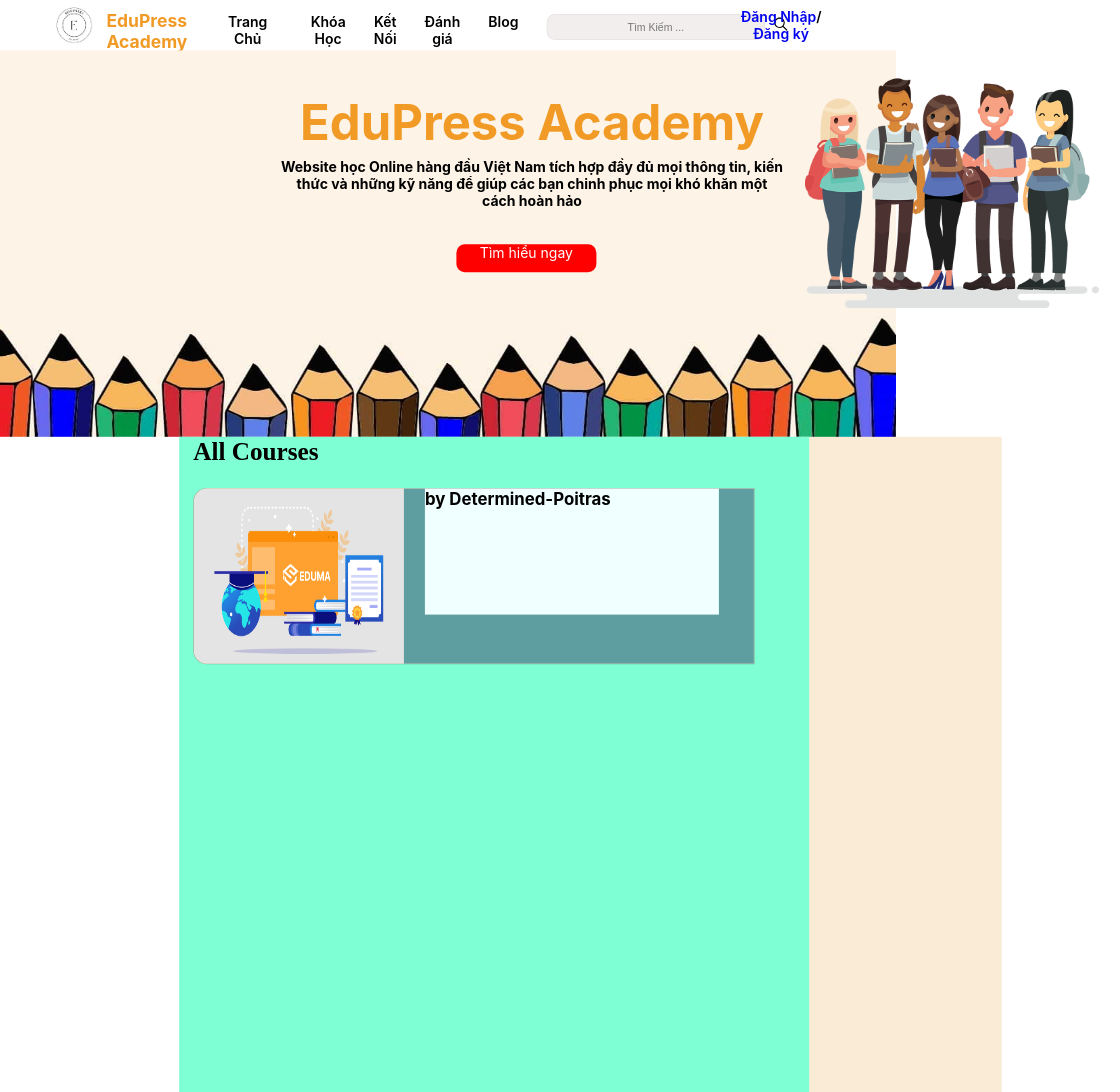
Repository: hieu1802/WebsiteEdupress
Page: /CouresPage (app in my-app/)
An editor plug-in stored every save of this project. The page is shown before and after the next save, followed by the edit.
The browser window is 1280 px wide. The page is 1600 px wide, so the pictures cover 1600 px, including what lies to the right of the window. The pictures show the part of the page from y = 0 to 1560 px (the page is 2404 px tall), at 70% of full size.
The project was rebuilt for these pictures with package versions that can differ from the ones it lists, and the page was loaded fresh each time. Also part of the build but not shown: my-app/src/App.css, my-app/src/Components/data/FeaturedCoursesDaa.jsx, my-app/src/Components/data/topCategories.jsx, my-app/src/Components/HomePage/ContainerPage.jsx, my-app/src/Components/HomePage/HomePage.jsx, my-app/src/Components/Login/Login.css, my-app/src/Components/Modal/Modal.css, my-app/src/Components/Modal/Modal.jsx and 5 more.

Above is the page before, as saved 2024-08-15 18:10:49.

### my-app/src/App.jsx
import logo from "./logo.svg";
import "./App.css";
import HomePage from "./Components/HomePage/HomePage.jsx";
import { BrowserRouter as Router, Routes, Route } from "react-router-dom";
import Login from "./Components/Login/Login";
import Register from "./Components/Register/Register";
import LostPass from "./Components/LostPass/LostPass";
import CouresPage from "./Components/CouresPage/CouresPage.jsx";

function App() {
  return (
    <>
      <Router>
        <Routes>
          <Route path="/" element={<HomePage />} />
          <Route path="/login" element={<Login />} />
          <Route path="/register" element={<Register />} />
          <Route path="/lostPass" element={<LostPass />} />
          <Route path="/CouresPage" element={<CouresPage />} />
        </Routes>
      </Router>
    </>
  );
}

export default App;

### my-app/src/Components/CouresPage/CouresPage.jsx
import React from 'react'
import Header from '../HomePage/Header'
import Footer from '../HomePage/Footer'
import Container from './Container'

function CouresPage() {
  return (
   <>
      <Header/>
      <Container/>
      <Footer/>
   </>


  )
}

export default CouresPage

### my-app/src/Components/HomePage/Header.jsx
import React from "react";
import img01 from "../img/EduPress.png";
import img02 from "../img/img02.jpg";
import img03 from "../img/img03.png";
import "./HomePage.css";
import { IoIosSearch } from "react-icons/io";
import { Link, useNavigate } from "react-router-dom";
import { useState, useEffect } from "react";

function Header() {
  const [loggedInUser, setLoggedInUser] = useState(null);
  const navigate = useNavigate();

  useEffect(() => {
    const storedUser = localStorage.getItem("loggedInUser");
    if (storedUser) {
      const user = JSON.parse(storedUser);
      setLoggedInUser(user.username);
    }
  }, []);

  const handleLogout = () => {
    localStorage.removeItem("username");
    localStorage.removeItem("loggedInUser");
    setLoggedInUser(null);
    navigate("/");
  };

  return (
    <>
      <div className="Header">
        <div className="logoHeader">
          <img src={img01} />
          <h3>EduPress Academy</h3>
        </div>
        <ul>
          <Link to="/" className="liLink"><li>Trang Chủ</li></Link>
          <li>Khóa Học</li>
          <li>Kết Nối</li>
          <li>Đánh giá</li>
          <li>Blog</li>
          <div className="ulInput">
            <input placeholder="Tìm Kiếm ..." />
            <div className="btnHeader">
              <IoIosSearch className="btnIcon" />
            </div>
          </div>
        </ul>
        <div className="loginHeader">
          {loggedInUser ? (
            <div>
              <span>Hello {loggedInUser}</span>
              <button
                className="btnLogOut"
                onClick={handleLogout}
                style={{
                  marginLeft: "10px",
                  border: "1px solid transparent",
                  fontSize: "16px",
                  fontWeight: "600",
                  backgroundColor: "transparent",
                  cursor: "pointer",
                }}
              >
                Logout
              </button>
            </div>
          ) : (
            <div>
              <Link to="/login">
                <span>Đăng Nhập</span>
              </Link>
              /
              <Link to="/register">
                <span>Đăng ký</span>
              </Link>
            </div>
          )}
        </div>
      </div>
      <div className="posterHeader">
        <img src={img02} />
        <div className="posterContent">
          <div className="posterSologun">
            <h1>EduPress Academy</h1>
            <h2>
              Website học Online hàng đầu Việt Nam tích hợp đầy đủ mọi thông
              tin, kiến thức và những kỹ năng để giúp các bạn chinh phục mọi khó
              khăn một cách hoàn hảo
            </h2>
            <div className="btnPoster">Tìm hiểu ngay </div>
          </div>
          <div className="posterAvatar">
            <img src={img03} />
          </div>
        </div>
      </div>
    </>
  );
}

export default Header;

### my-app/src/Components/HomePage/Footer.jsx
import React from 'react'
import { AiFillStar,AiFillCaretRight } from "react-icons/ai";

function Footer() {
  return (
    <div className='footerPage'>
        <div className='footerContaier'>
            <div className='footerEdupress'>
                <h2>Edupress Academy</h2>
                <p>Lorem ipsum dolor sit amet, consectetur adipiscing elit, sed do eiusmod tempor incididunt ut labore et dolore magna aliqua.</p>
            </div>
            <div className='footerHelp'>
                <h2>GET HELP</h2>
                <a href='#'><AiFillCaretRight  style={{color:'FF782D', marginRight:'10px'}}/>Contact Us</a>
                <a href='#'><AiFillCaretRight  style={{color:'FF782D', marginRight:'10px'}}/>Latest Articles</a>
                <a href='#'><AiFillCaretRight  style={{color:'FF782D', marginRight:'10px'}}/>FAQ </a>
            </div>
            <div className='footerPrograms'>
                <h2>PROGRAMS</h2>
                <a href='#'><AiFillCaretRight  style={{color:'FF782D', marginRight:'10px'}}/> Art & Design</a>
                <a href='#'><AiFillCaretRight  style={{color:'FF782D', marginRight:'10px'}}/> Business</a>
                <a href='#'><AiFillCaretRight  style={{color:'FF782D', marginRight:'10px'}}/> IT & Software </a>
                <a href='#'><AiFillCaretRight  style={{color:'FF782D', marginRight:'10px'}}/> Languages </a>
                <a href='#'><AiFillCaretRight  style={{color:'FF782D', marginRight:'10px'}}/> Programming </a>
            </div>
            <div className='footerContact'>
                <h2>CONTACT US</h2>
                <p>Address: 2321 New Design Str, Lorem Ipsum10 Hudson Yards, USA</p>
                <p>Tel: + (123) 2500-567-8988<br/>
                Mail: supportlms@gmail.com</p>
                <span><AiFillStar/><AiFillStar/><AiFillStar/><AiFillStar/><AiFillStar/></span>
            </div>
        </div>
    </div>
  )
}

export default Footer

### my-app/src/Components/CouresPage/Container.jsx
import React from 'react'
import './Container.css'
import img12 from '../img/img12.png'


function Container() {
  return (
    <div className='container'>
       <div className='boxProduct'>
            <h2>All Courses</h2>
            <div className='boxContent'>
                <div className='boxImg'>
                    <img src={img12}/>
                </div>
                <div className='boxTexT'>
                    <div className='text'>
                        <h2>by <span>Determined-Poitras</span></h2>
                    </div>
                </div>
            </div>
       </div>
    </div>
  )
}

export default Container

### my-app/src/Components/HomePage/HomePage.css
*{
    margin: 0;
    padding: 0;
    list-style: none;
    text-decoration: none;
    user-select: none;
}

.Header{
    width: 100%;
    height: 72px;
    display: flex;
    justify-content: space-between;

}

.logoHeader{
    width: 25%;
    height: 100%;
    display: flex;
    gap: 10px;
    margin-left: 70px;
}


h3{
    font-size: 25px;
    margin-top: 15px;
    color: rgba(241, 152, 34, 0.979);
}

.Header > ul{

    display: flex;
    width:60%;
}

.Header > ul > li,
.liLink > li{
    width: 100px;
    text-align: center;
    padding: 20px;
    font-size: 20px;
    font-weight: 600;
    cursor: pointer;
    color: #000;
}

.Header > ul > li:hover,
.liLink > li:hover{
    background-color: rgba(246, 243, 238, 0.633);
    color: rgba(241, 152, 34, 0.979);
}

.ulInput{
    width: 400px ;
    padding: 20px;
    display: flex;
}

.ulInput > input{
    margin-right:10px;
    text-align: center;
    font-size: 15px;
    width: 400px;
    height: 35px;
    border: 1px solid #00000010;
    background-color: rgba(240, 234, 234, 0.815);
    border-radius: 12px;
}

.btnHeader{
    width: 100px;
    margin: auto;
    cursor: pointer;
}
.btnIcon{
    font-size: 25px;
}
.loginHeader{
    display: flex;
    width: 15%;
    height: 72px;
    margin-right: 100px;
    cursor: pointer;
}

.loginHeader > div{
   margin: auto;
   font-size: 20px;
   font-weight: 600;
   text-align: center;
}

.loginHeader > div > span{
    margin: 10px;
}

.loginHeader > div > span:hover {
    color: rgba(241, 152, 34, 0.979);
}

.posterHeader{
    width: 100%;
    height: 552px;
    background-color: black;
    display: flex;
}

.posterHeader > img{
    width: 100%;
}

.posterContent{
    position: absolute;
    display: flex;
    margin-left: 400px;
    margin-top: 10px;
    width: 1200px;
    height: 400px;

    z-index: 999;
}

.posterSologun{
    width: 60%;
}

.posterSologun > h1{
    font-size: 70px;
    text-align: center;
    color: rgba(241, 152, 34, 0.979);
    margin-top: 50px;
    margin-bottom: 10px;
}

.posterSologun > h2{
    font-size: 20px;
    text-align: center;
}

.btnPoster{
    width: 200px;
    height: 40px;
    background-color: red;
    font-size: 20px;
    color: #fff;
    text-align: center;
    border-radius: 12px;
    cursor: pointer;
    gap: 10px;
    margin-top: 50px;
    margin-left: 35%;
}

.posterAvatar{
    width: 35%;
    margin-left: 30px;

}

.posterAvatar > img{
    width: 100%;
    margin-top: 30px;
}

/************************ContainerPage**************************/

.ContainerPage{
    position: relative;
    width: 1200px;
    height: 100%;

    margin-left: 20%;
}

.categories{
    width: 100%;
    height: 640px;
    background-color: #fff;
    margin-top: 50px;
}

.textCategories{
    width: 100%;
    height: 77px;
    background-color: #fff;
    display: flex;
    justify-content: space-between;
}
.topCategories>h3{
    color: black;
    font-size: 30px;
    margin-bottom: 5px;
    margin-top: 0px;
    font-weight: 500;
}


.btnCategories{
    width: 150px;
    height: 40px;
    border: 1px solid #000000;
    border-radius: 12px;
    margin-top: 15px;
    margin-right: 20px;
    cursor: pointer;
    padding-top: 5px;
}

.btnCategories:hover{
    background-color: rgba(244, 25, 25, 0.757);
    color: #fff;
}

.btnCategories > p{
    text-align: center;
    margin-top: 5px;
    font-weight: 600;
}

.boxCategories{
    width: 100%;
    height: 100%;
    display: grid;
    grid-template-columns: 1fr 1fr 1fr 1fr 1fr;
    margin-top: 30px;
}

.miniBox{
    width: 200px;
    height: 200px;
    border: 1px solid #e9c47b98;
    border-radius: 20px;
    display: flex;
    align-items: center;
    flex-direction: column;
    justify-content: center;
    margin-left: 20px;
    cursor: pointer;
}

.miniBox:hover{
    background-color: rgba(239, 193, 167, 0.726);
    color: #fff;
}

.iconBox{
    font-size: 60px;
    margin-bottom: 20px;
    color: rgba(241, 152, 34, 0.979);
}

.miniBox > h4{
    font-size: 25px;
    margin-bottom: 20px;
}

.miniBox > h5{
    font-size: 20px;
    font-weight: 100;
}

.courses{
    width: 1200px;
    height: 100%;
    margin-top: 30px;
}

.boxCourses{
    width: 1200px;
    height: 1100px;
    display: grid;
    grid-template-columns: 1fr 1fr 1fr;
    margin-top: 30px;
    margin-left: 10px;
}
.boxFeaturedCourses{
    width: 360px;
    height: 470px;
    border: 2px solid #0000001a ;
    border-radius: 24px 24px 0 0;
    cursor: pointer;
    transition: transform 0.3s ease, box-shadow 0.3s ease;
    overflow: hidden;
    box-shadow: 0 4px 8px rgba(0, 0, 0, 0.1);
}

.boxFeaturedCourses:hover{
    transform: translateY(-10px);
    box-shadow: 0 12px 24px rgba(0, 0, 0, 0.2);
}

.boxFeaturedCoursesImg{
    width: 100%;
    height: 250px;
    gap: 16px;
    transition: transform 0.3s ease;
    display: block;
}

.boxFeaturedCourses:hover>.boxFeaturedCoursesImg> img {
    transform: scale(1.05);
  }
.boxFeaturedCoursesImg > img{
    width: 100%;
    height: 100%;
    border-radius: 24px 24px 0 0;
}

.boxFeaturedCoursesContent{
    width: 360px;
    height: 180px;
    padding: 20px;
}

.boxFeaturedCoursesContentText{
    width: 300px;
    height: 100px;
    background-color: #fff;
}

.boxFeaturedCoursesContentText > p >span{
    font-family: exo;
    font-size: 20px;
    font-weight: 500;
}

.boxFeaturedCoursesContentText > h4{
    font-family: exo;
    font-size: 24px;
    font-weight: 600;
    margin-top: 10px;
}

.boxFeaturedCoursesContentMeta{
    width: 200px;
    height: 24px;
    display: flex;
    background-color: #fff;
    margin-top: 16px;
    margin-bottom: 16px;
    justify-content: space-between;
}

.boxFeaturedCoursesContentMeta > span{
    display: flex;
    font-size: 16px;
}

.boxFeaturedCoursesContentPrice{
    width: 300px;
    height: 28px;
    background-color: #fff;
    display: flex;
    justify-content: space-between;
    font-size: 16px;
}

.price{
    display: flex;
}

.price > p{
    text-decoration: line-through;
    color: var(--Grey, #9D9D9D);
    font-weight: 700;
    margin-right: 10px;
}

.price > span{
    color: green;
    font-weight: 700;
}

.banner{
    width: 1200px;
    height: 320px;
    border-radius: 12px;
    position: relative;
    display: flex;
    margin-top: 30px;
}

.bannerContent{
    width: 450px;
    height: 240px;
    gap: 24px;
    position: absolute;
    margin-top: 54px;
    margin-left: 50px;
    display: flex;
    flex-direction: column;
    justify-content: space-around;
}

.bannerContent > h5{
    font-family: Exo;
    font-size: 16px;
    font-weight: 600;
    line-height: 19.2px;
    text-align: left;
}

.bannerContent > h2{
    font-family: Exo;
    font-size: 32px;
    font-weight: 600;
    line-height: 38.4px;
    text-align: left;
}

.bannerContent > p{
    font-family: Jost;
    font-size: 18px;
    font-weight: 400;
    line-height: 27px;
    text-align: left;
}

.btnBanner{
    width: 177px;
    height: 36px;
    border-radius: 24px;
    text-align: center;
    padding-top: 12px;
    background: var(--Primary, #FF782D);
    font-size: 18px;
    color: #fff;
    cursor: pointer;
}


.counterBox{
    width: 1175px;
    height: 150px;
    margin-top: 30px;
    display: flex;
    justify-content: space-between;
}

.counterBoxContent{
    width: 250px;
    height: 100%;
    background: var(--White_grey, #F5F5F5);
    display: flex;
    flex-direction: column;
    justify-content: center;
    border-radius: 12px;
    align-items: center;
}

.counterBoxContent > h2{
    font-family: Exo;
    font-size: 56px;
    font-weight: 600;
    line-height: 38.4px;
    text-align: left;
    color: var(--Primary, #FF782D);
}

.counterBoxContent > a{
    font-family: Jost;
    font-size: 20px;
    font-weight: 500;
    line-height: 27px;
    text-align: left;
    text-decoration: none;
    color: #000000;
    margin-top: 16px;
}

.boxConnect{
    width: 1175px;
    height: 450px;
    margin-top: 30px;
    display: flex;
}

.boxConnectImg{
    width: 56%;
    height: 100%;
}

.boxConnectContent{
    width: 520px;
    height: 380px;
    border: 2px solid #0000001a ;
    margin-top: 35px ;
    border-radius: 24px;
}

.boxConnectText{
    width: 100%;
    height: 80px;
}

.boxConnectText > h2{
    font-family: Exo;
    font-size: 32px;
    font-weight: 600;
    line-height: 38.4px;
    text-align: left;
    text-align: center;
    padding-top: 20px;
}

.boxConnectContainer{
    width: 100%;
    height: 300px;
}

.introduce{
    width: 100%;
    height: 60px;
    padding-left: 15px;
}

.introduce > p{
    font-family: Jost;
    font-size: 18px;
    font-weight: 400;
    line-height: 27px;
    text-align: left;

}

.connect{
    width: 100%;
    height: 240px;
    font-size: 18px;
    display: flex;
    flex-direction: column;
    justify-content: space-around;
}

.connect > span > a{
    font-size: 18px;
    color: blue;
}
.connectIcons{
    color: green;
    font-size: 24px;
    margin-right: 15px;
    margin-left: 15px;
}

.boxFeedbacks{
    width: 1175px;
    height: 540px;
    margin-top: 30px;
}

.feedbacksHeading{
    width: 100%;
    height: 80px;
}

.feedbacksHeading > h2{
    font-family: Exo;
    font-size: 32px;
    font-weight: 600;
    line-height: 38.4px;
    text-align: center;
}

.feedbacksHeading > p{
    font-family: Jost;
    font-size: 18px;
    font-weight: 400;
    line-height: 27px;
    text-align: center;
    margin-top: 15px;
}

.feedbacksHeadingContent{
    display: flex;
    overflow-x: auto;
    padding: 20px;
    gap: 20px;
    scroll-snap-type: x mandatory;
    margin-top: 50px;
    position: relative;
    height: 400px;
    cursor: pointer;
}
.feedbacksHeadingContent::-webkit-scrollbar {
    display: none;
  }

.feedbackItems{
    min-width: 300px; /* Đặt chiều rộng tối thiểu cho mỗi feedback */
    height: 350px;
    flex-shrink: 0; /* Ngăn chặn các phần tử co lại */
    background-color: #fff;
    border-radius: 10px;
    box-shadow: 0 4px 8px rgba(0, 0, 0, 0.1);
    scroll-snap-align: start; /* Các phần tử sẽ bắt đầu từ đầu khi cuộn */
    padding: 20px;

}

.feedbacksContents{
    position: absolute;
    width: 240px;
    height: 230px;
    margin: auto;
    margin-top: 50px;
    margin-left: 30px;
    box-shadow: 0 4px 8px rgba(0, 0, 0, 0.1);
}

.feedbacksIdName{
    width: 100px;
    height: 60px;
    position: absolute;
    margin-top: 290px;
    margin-left: 30px;
}

.feedbacksIdName > h4{
    font-family: Exo;
    font-size: 20px;
    font-weight: 600;
    line-height: 24px;
    text-align: left;

}

.articles{
    width: 1175px;
    height: 500px;
    margin-top: 30px;
}

.articlesHeading{
    width: 100%;
    height: 80px;
    display: flex;
    justify-content: space-between;
}

.articlesTitle{
    width: 780px;
    height: auto;
}

.articlesTitle > h2{
    font-family: Exo;
    font-size: 32px;
    font-weight: 600;
    line-height: 38.4px;
    text-align: left;
}

.articlesTitle > p{
    font-family: Jost;
    font-size: 18px;
    font-weight: 400;
    line-height: 27px;
    text-align: left;
    margin-top: 10px;
}

.articlesContainer{
    width: 100%;
    height: 420px;
    display: flex;
    justify-content: space-between;
}

.articlesBox{
    width: 350px;
    height: 380px;
    margin-top: 30px;
    border-radius: 12px 12px 0 0;
    border: 1px solid #0000001b;
}

.articlesBox > img{
    width: 100%;
    height: 200px;
    border-radius: 12px 12px 0 0;
}

.articlesContent{
    width: 360px;
    height: 160px;
    padding: 20px;
    display: flex;
    flex-direction: column;
    justify-content: space-between;
}

.articlesContent >h4{
    font-family: Exo;
    font-size: 20px;
    font-weight: 600;
    line-height: 24px;
    text-align: left;
}

.articlesContent > span{
    font-family: Jost;
    font-size: 16px;
    font-weight: 400;
    line-height: 24px;
    text-align: left;
}

.articlesContent > p{
    font-family: Jost;
    font-size: 18px;
    font-weight: 400;
    line-height: 27px;
    text-align: left;
}

/****************************FOOTER***************/
.footerPage{
    width: 100%;
    height: 450px;
    background-color: #F5F5F5;
    position: relative;
    display: flex;
    margin-top: 30px;
}

.footerContaier{
    width: 1175px;
    height: 300px;
    margin-left: 20%;
    margin-top: 90px;
    display: flex;
    justify-content: space-between;
}

.footerEdupress{
    width: 400px;
    height: 130px;
}

.footerEdupress > h2{
    font-family: Exo;
    font-size: 28px;
    font-weight: 700;
    line-height: 33.6px;
    text-align: left;
}

.footerEdupress > p{
    font-family: Jost;
    font-size: 18px;
    font-weight: 400;
    line-height: 27px;
    text-align: left;
    margin-top: 10px;
}

.footerHelp{
    width: 190px;
    height: 190px;
    display: flex;
    flex-direction: column;
    justify-content: space-between;
}

.footerHelp > h2,
.footerPrograms > h2,
.footerContact > h2{
    font-family: Exo;
    font-size: 20px;
    font-weight: 600;
    line-height: 24px;
    text-align: left;
}

.footerHelp > a,
.footerPrograms > a,
.footerContact > p{
    font-family: Jost;
    font-size: 18px;
    font-weight: 500;
    line-height: 45px;
    text-align: left;
    color: #000;
}

.footerHelp > a:hover,
.footerPrograms > a:hover{
    color: var(--Primary, #FF782D);
}


.footerPrograms{
    width: 190px;
    height: 250px;
    display: flex;
    flex-direction: column;
    justify-content: space-between;
}

.footerContact{
    width: 400px;
    height: 200px;
    display: flex;
    flex-direction: column;
    justify-content: space-between
}

.btnLink > p{
    text-align: center;
    margin-top: 5px;
    color: #000;
    font-weight: 700;
}

### my-app/src/Components/CouresPage/Container.css
*{
    margin: 0;
    padding: 0;
}

.container{
    width: 1175px;
    height: 1300px;
    background-color: antiquewhite;
    margin-left: 20%;
    display: flex;
}

.boxProduct{
    width: 880px;
    height: 100%;
    background-color: aquamarine;
    padding-left:20px;
}

.boxProduct > h2{
    font-family: Exo;
    font-size: 36px;
    font-weight: 600;
    line-height: 43.2px;
    text-align: left;
}

.boxContent{
    width: 800px;
    height: 250px;
    background-color: beige;
    margin-top: 30px;
    display: flex;
    border-radius: 20px 0 0 20px;
    border: 1px solid #00000048;
}

.boxImg{
    width: 300px;
    height: 100%;
}
.boxImg > img{
    width: 100%;
    height: 100%;
    border-radius: 20px 0 0 20px;
}

.boxTexT{
    width: 500px;
    height: 100%;
    background-color: cadetblue;
}

.text{
    width: 420px;
    height: 180px;
    background-color: azure;
    display: flex;
    margin-left: 30px;
    flex-direction: column;
    justify-content: space-between;
}

Loaded but not shown: my-app/public/index.html (common file); my-app/src/index.js (common file); my-app/src/index.css (common file); my-app/src/reportWebVitals.js (common file)

After the next save:
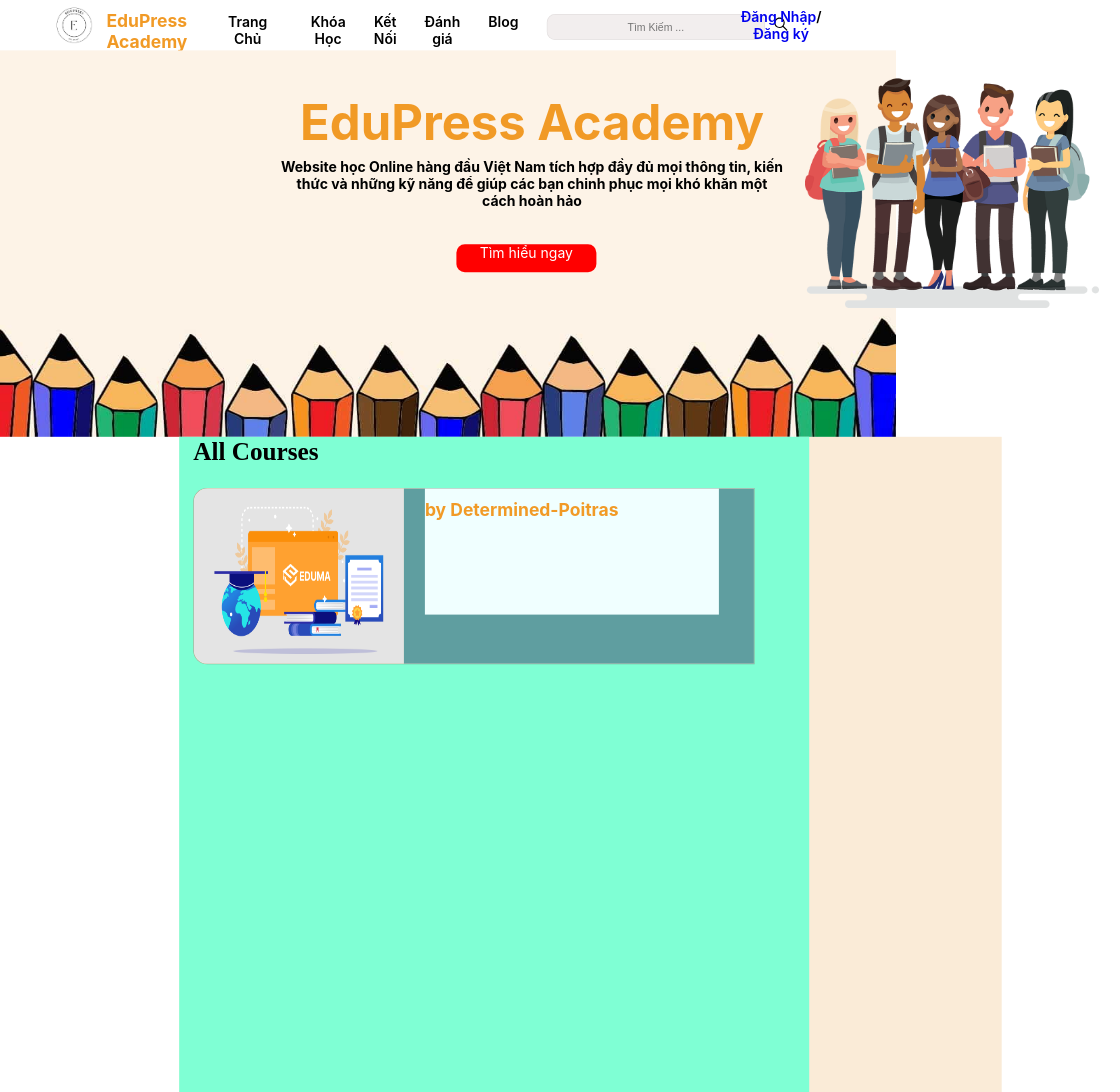
Saved 32 s later.
--- a/my-app/src/Components/CouresPage/Container.jsx
+++ b/my-app/src/Components/CouresPage/Container.jsx
@@ -14,7 +14,7 @@
                 </div>
                 <div className='boxTexT'>
                     <div className='text'>
-                        <h2>by <span>Determined-Poitras</span></h2>
+                        <h3>by <span>Determined-Poitras</span></h3>
                     </div>
                 </div>
             </div>
